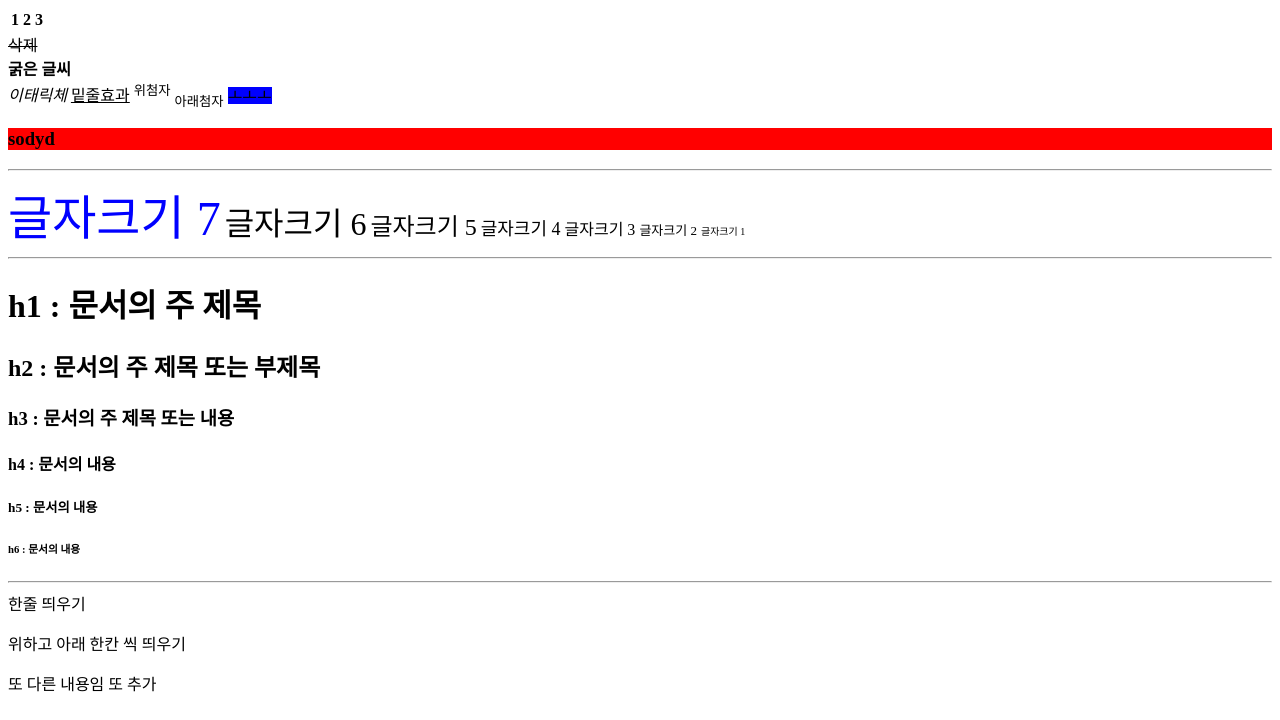
Repository: sika5382/jsp
Page: html/WebContent/NewFile.html
The author's editor kept a copy of each file at every save. The page is drawn from the files as they stood at one save, then again after the next save.
The browser window is 1280 px wide. The pictures show the whole page.

Above is the page before, as saved 2020-10-29 05:43:29.

### html/WebContent/NewFile.html
<!DOCTYPE html>
<html>
<head>
<meta charset="UTF-8">
<title>Insert title here</title>
</head>
<!--
<body text="white" bgcolor='black'>
	 -->
<body>

<table>
	<tr>
		<th>1</th>
		<th>2</th>
		<th>3</th>

	</tr>

</table>

<strike>삭제</strike><br>
<b>굵은 글씨</b><br>
<i>이태릭체</i>
<u>밑줄효과</u>
<sup>위첨자</sup>
<sub>아래첨자</sub>

<font style="background-color:blue;">ㅗㅗㅗ</font>
<h3 style="background-color:red;">sodyd</h3>

<hr>

<font size="7" face="궁서체" color="blue">글자크기 7</font>
<font size="6">글자크기 6</font>
<font size="5">글자크기 5</font>
<font size="4">글자크기 4</font>
<font size="3">글자크기 3</font>
<font size="2">글자크기 2</font>
<font size="1">글자크기 1</font>

<hr>

<h1> h1 : 문서의 주 제목</h1>
<h2> h2 : 문서의 주 제목 또는 부제목</h2>
<h3> h3 : 문서의 주 제목 또는 내용</h3>
<h4> h4 : 문서의 내용</h4>
<h5> h5 : 문서의 내용</h5>
<h6> h6 : 문서의 내용</h6>

<hr>
	 한줄 띄우기 <br>
	<p>위하고 아래 한칸 씩 띄우기 </p>

		 <!-- html 주석 -->
	또 다른 내용임
	또 추가
</body>
</html>

After the next save:
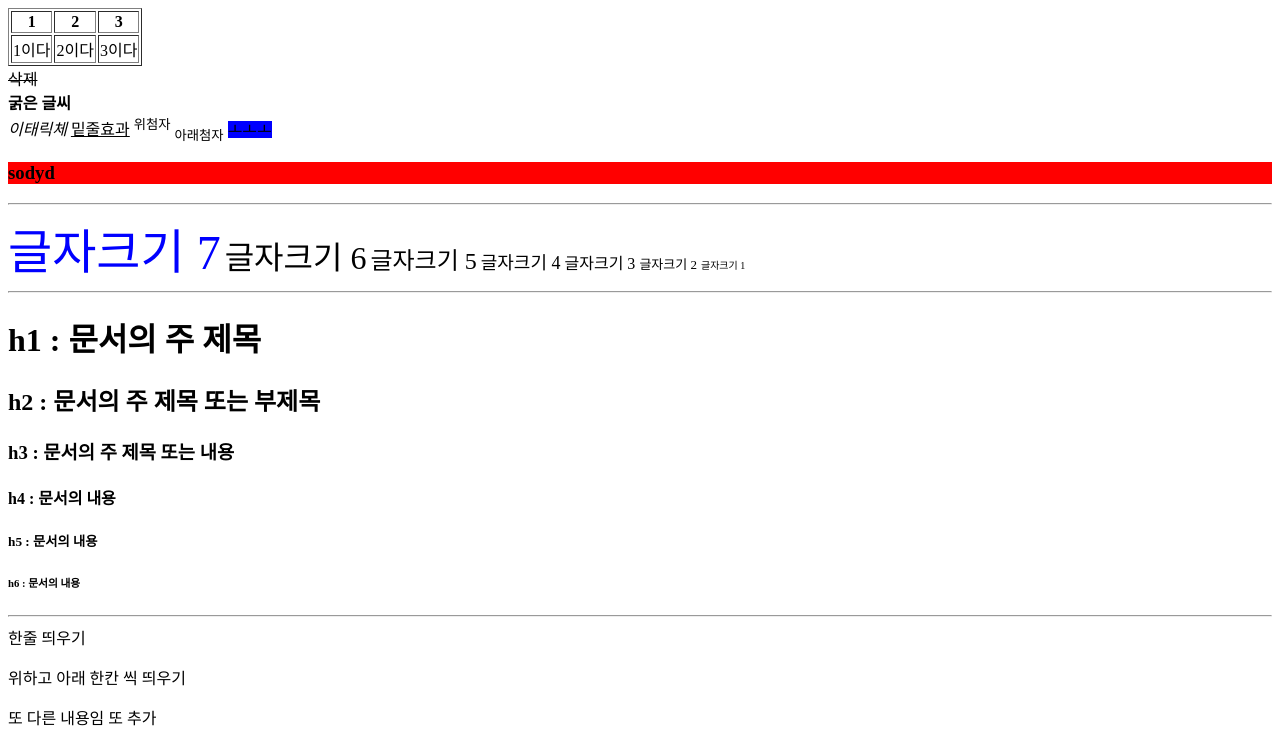
Saved 2 min 51 s later.
--- a/html/WebContent/NewFile.html
+++ b/html/WebContent/NewFile.html
@@ -9,11 +9,18 @@
 	 -->
 <body>
 
-<table>
+<table border="1">
 	<tr>
 		<th>1</th>
 		<th>2</th>
 		<th>3</th>
+
+	</tr>
+
+	<tr>
+		<td>1이다</td>
+		<td>2이다</td>
+		<td>3이다</td>
 
 	</tr>
 
